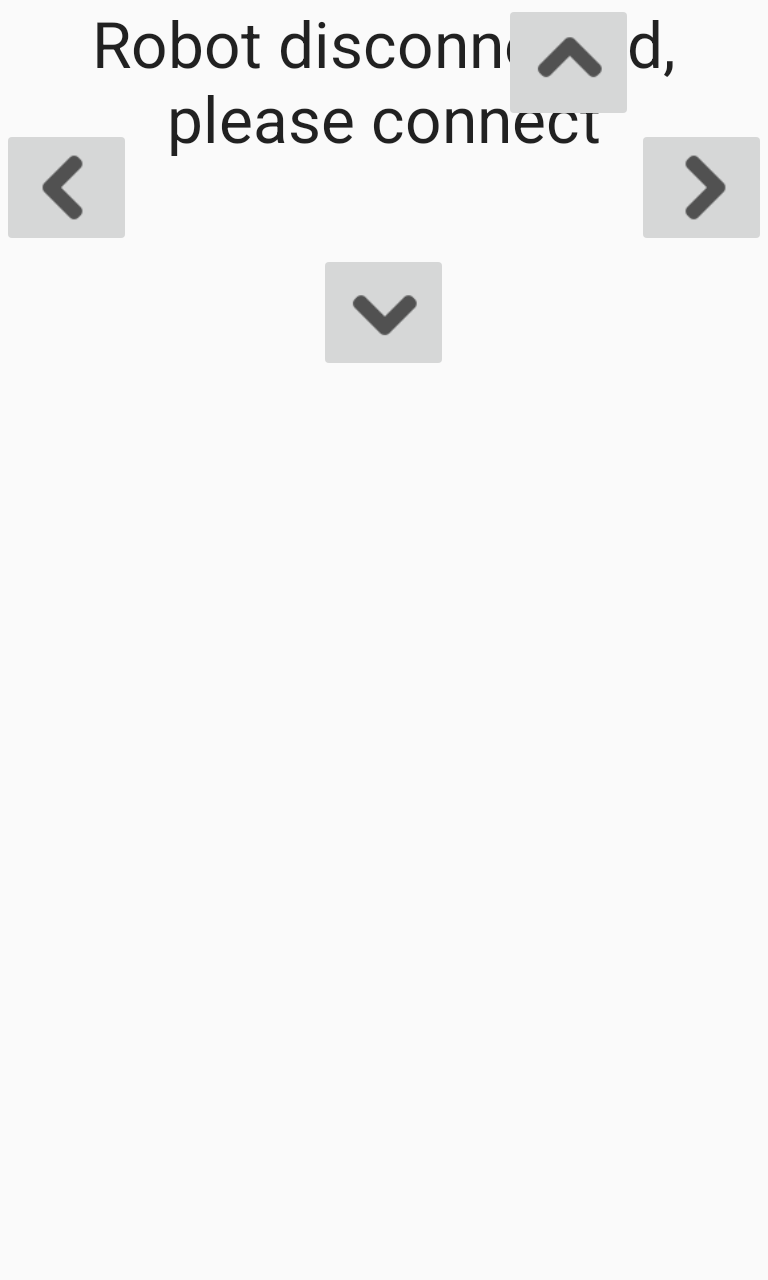
Repository: cjsatuforc/Bobina
Layout: source/android/Bobina/res/layout/main_layout.xml
The author's editor kept a copy of each file at every save. The layout is drawn from the files as they stood at one save, then again after the next save.
It is drawn on a 768 x 1280 px phone screen (xhdpi) without system bars, with theme AppTheme; the app's code is not run.

Above is the layout before, as saved 2015-04-25 23:53:23.

### source/android/Bobina/res/layout/main_layout.xml
<?xml version="1.0" encoding="utf-8"?>
<RelativeLayout xmlns:android="http://schemas.android.com/apk/res/android"
    android:layout_width="match_parent"
    android:layout_height="match_parent" >

    <TextView
        android:id="@+id/main_title"
        style="@style/AppTitle"
        android:layout_width="wrap_content"
        android:layout_height="wrap_content"

        android:text="@string/main_title_disconnected" />

    <include
        android:layout_width="wrap_content"
        android:layout_height="wrap_content"
        android:layout_alignParentBottom="true"
        android:layout_alignParentLeft="true"
        android:layout_alignParentTop="true"
        layout="@layout/control" />

</RelativeLayout>

### source/android/Bobina/res/values-v11/styles.xml
<resources xmlns:android="http://schemas.android.com/apk/res/android">

    <!--
        Base application theme for API 11+. This theme completely replaces
        AppBaseTheme from res/values/styles.xml on API 11+ devices.
    -->
    <style name="AppBaseTheme" parent="Theme.AppCompat.Light">
        <!-- API 11 theme customizations can go here. -->
    </style>

    <!-- Titles of project -->
    <style name="AppTitle" parent="AppBaseTheme">
        <item name="android:textSize">32sp</item>
        <item name="android:gravity">center</item>
    </style>

</resources>

### source/android/Bobina/res/values/strings.xml
<?xml version="1.0" encoding="utf-8"?>
<resources>

    <string name="app_name">Bobina</string>
    <string name="hello_world">Hello world!</string>
    <string name="action_settings">Settings</string>
    <string name="main_title_disconnected">Robot disconnected, please connect</string>

</resources>

### source/android/Bobina/res/layout/control.xml
<?xml version="1.0" encoding="utf-8"?>
<RelativeLayout xmlns:android="http://schemas.android.com/apk/res/android"
    android:layout_width="match_parent"
    android:layout_height="match_parent"
    android:orientation="vertical" >

    <ImageButton
        android:id="@+id/imageButton3"
        android:layout_width="wrap_content"
        android:layout_height="wrap_content"
        android:layout_alignParentLeft="true"
        android:layout_below="@+id/imageButton1"
        android:src="@drawable/left" />

    <ImageButton
        android:id="@+id/ImageButton01"
        android:layout_width="wrap_content"
        android:layout_height="wrap_content"
        android:layout_above="@+id/imageButton3"
        android:visibility="invisible"
        android:layout_toLeftOf="@+id/imageButton1"
        android:src="@drawable/left" />

    <ImageButton
        android:id="@+id/ImageButton02"
        android:layout_width="wrap_content"
        android:layout_height="wrap_content"
        android:layout_alignParentLeft="true"
        android:layout_below="@+id/imageButton4"
        android:visibility="invisible"
        android:src="@drawable/left" />

    <ImageButton
        android:id="@+id/ImageButton03"
        android:layout_width="wrap_content"
        android:layout_height="wrap_content"
        android:layout_above="@+id/imageButton3"
        android:visibility="invisible"
        android:layout_alignParentRight="true"
        android:src="@drawable/right" />

    <ImageButton
        android:id="@+id/ImageButton05"
        android:layout_width="wrap_content"
        android:layout_height="wrap_content"
        android:layout_alignLeft="@+id/imageButton2"
        android:visibility="invisible"
        android:layout_alignTop="@+id/imageButton3"
        android:src="@drawable/back" />

    <ImageButton
        android:id="@+id/imageButton4"
        android:layout_width="wrap_content"
        android:layout_height="wrap_content"
        android:layout_alignParentRight="true"
        android:layout_alignTop="@+id/ImageButton05"
        android:src="@drawable/right" />

    <ImageButton
        android:id="@+id/imageButton1"
        android:layout_width="wrap_content"
        android:layout_height="wrap_content"
        android:layout_alignParentTop="true"
        android:layout_toLeftOf="@+id/ImageButton03"
        android:src="@drawable/up" />

    <ImageButton
        android:id="@+id/imageButton2"
        android:layout_width="wrap_content"
        android:layout_height="wrap_content"
        android:layout_alignTop="@+id/ImageButton02"
        android:layout_centerHorizontal="true"
        android:src="@drawable/back" />

    <ImageButton
        android:id="@+id/ImageButton04"
        android:layout_width="wrap_content"
        android:layout_height="wrap_content"
        android:layout_alignTop="@+id/imageButton2"
        android:layout_toRightOf="@+id/imageButton1"
        android:src="@drawable/right"
        android:visibility="invisible" />

</RelativeLayout>

Loaded but not shown: source/android/Bobina/res/values/styles.xml (common file); source/android/Bobina/res/values-v14/styles.xml (common file)

After the next save:
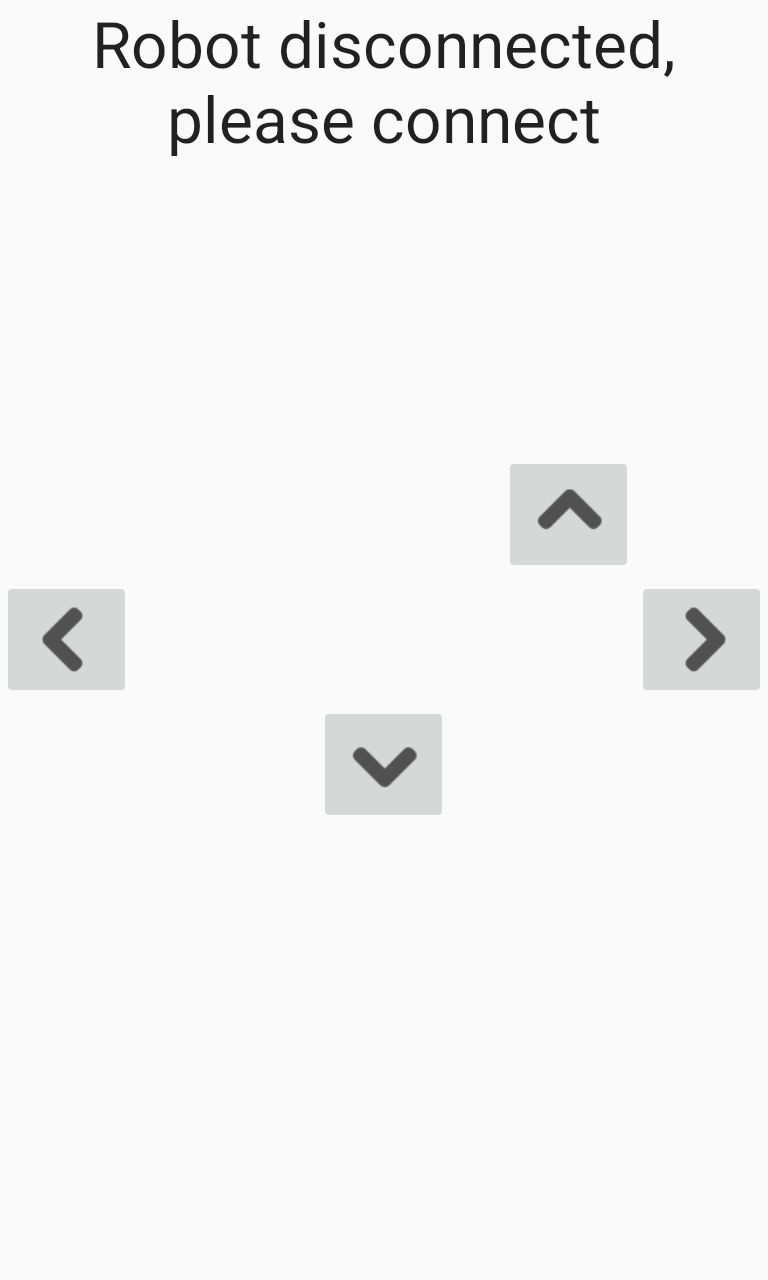
Saved 13 s later.
--- a/source/android/Bobina/res/layout/main_layout.xml
+++ b/source/android/Bobina/res/layout/main_layout.xml
@@ -14,9 +14,8 @@
     <include
         android:layout_width="wrap_content"
         android:layout_height="wrap_content"
-        android:layout_alignParentBottom="true"
         android:layout_alignParentLeft="true"
-        android:layout_alignParentTop="true"
+        android:layout_centerVertical="true"
         layout="@layout/control" />
 
 </RelativeLayout>
